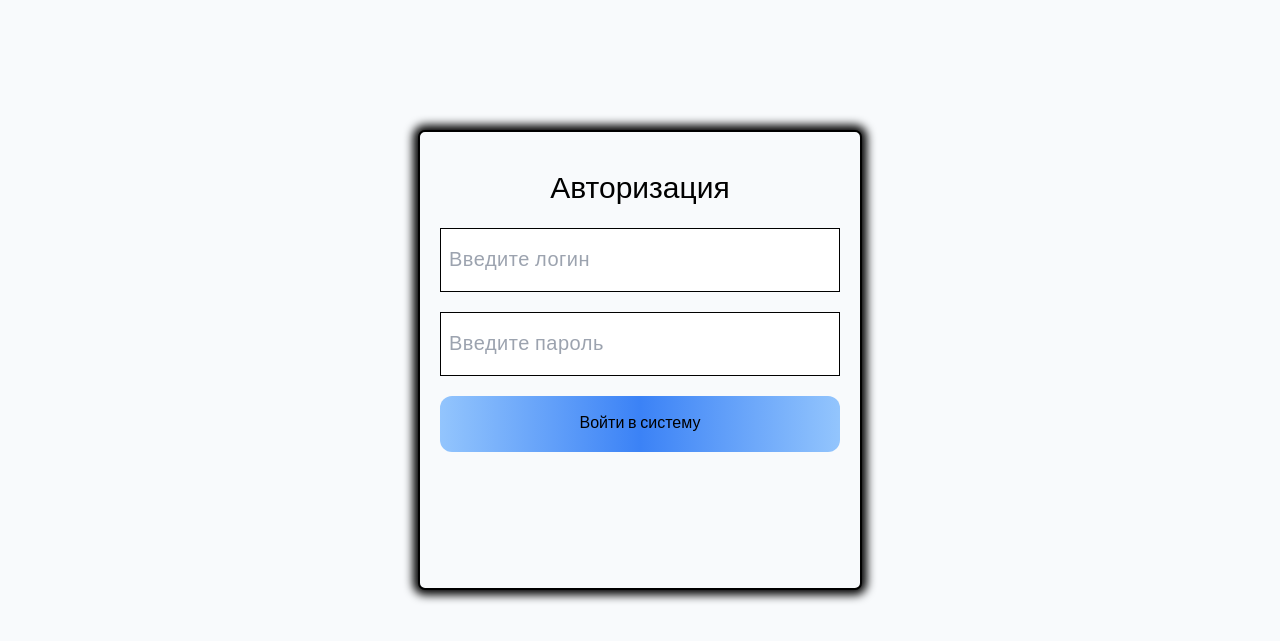
Repository: AlearvickOne/CartridgesApp
Page: /
An editor plug-in stored every save of this project. The page is shown before and after the next save, followed by the edit.
The browser window is 1280 px wide. The pictures show the whole page.
The page's requests for data from a server got no answer. The project was rebuilt for these pictures with package versions that can differ from the ones it lists, and the page was loaded fresh each time. The framework's server and built-in components were replaced by stand-ins that run in the browser. No one was signed in, and anything a server would have sent is missing. Also part of the build but not shown: next.config.mjs.

Above is the page before, as saved 2024-04-19 16:01:00.

### src/app/layout.tsx
import type { Metadata } from "next";
import { Catamaran } from "next/font/google";
import "./globals.scss";
import { AuthProvider } from "@/Providers/AuthProvider";
import { QueryProvider } from "@/Providers/QueryProvider";

const catamaran = Catamaran({ subsets: ["latin"], weight: ["100", "200", "400", "900"] });

export const metadata: Metadata = {
  title: "Cartridge App",
  description: "Application cartridge",
};

export default function RootLayout({
  children,
}: Readonly<{
  children: React.ReactNode;
}>) {
  return (
    <html lang="en">
      <body className={catamaran.className}>
        <QueryProvider>
          <AuthProvider>{children}</AuthProvider>
        </QueryProvider>
      </body>
    </html>
  );
}

### src/app/page.tsx
import { redirect } from "next/navigation";
import AuthorizationPage from "../components/AuthorizationPage";
import { auth, signIn } from "./api/auth/configs/auth";
import { FormEventHandler } from "react";
import { SignInError } from "@auth/core/errors";
import { AuthError } from "next-auth";
import { unknown } from "zod";

export default async function Home() {
  const session = await auth();

  const handleSubmit = async (
    login: FormDataEntryValue | null,
    password: FormDataEntryValue | null
  ) => {
    "use server";

    try {
      await signIn("credentials", {
        login: login,
        password: password,
        redirectTo: "/lobby",
      });
    } catch (error) {
      if (error instanceof AuthError) {
        switch (error.type) {
          case "CredentialsSignin":
            return "Неверный логин или пароль";
          default:
            return "Not found error";
        }
      }
      throw error;
    }
  };

  return (
    <div>
      <AuthorizationPage handleSubmit={handleSubmit} />
    </div>
  );
}

### src/Providers/AuthProvider.tsx
"use client";

import { SessionProvider } from "next-auth/react";
import { PropsWithChildren } from "react";

export const AuthProvider = ({ children }: PropsWithChildren) => {
  return <SessionProvider>{children}</SessionProvider>;
};

### src/Providers/QueryProvider.tsx
"use client";

import { QueryClient, QueryClientProvider } from "@tanstack/react-query";
import { PropsWithChildren } from "react";

const queryClient = new QueryClient();

export function QueryProvider({ children }: PropsWithChildren) {
  return <QueryClientProvider client={queryClient}>{children}</QueryClientProvider>;
}

### src/components/AuthorizationPage.tsx
"use client";
import styles from "@/styles/home/Home.module.scss";
import { useSession } from "next-auth/react";
import Image from "next/image";
import { useRouter } from "next/navigation";
import { useEffect, useState } from "react";
import SyncIcon from "@mui/icons-material/Sync";

interface ISession {
  handleSubmit: (login: FormDataEntryValue | null, password: FormDataEntryValue | null) => void;
}

function AuthorizationPage({ handleSubmit }: ISession) {
  const [isClick, setIsClick] = useState<boolean>(false);
  const [errorMessage, setErrorMessage] = useState<string | unknown>("");

  const session = useSession();
  console.log(isClick);

  return (
    <main className={styles.authContainer}>
      <div className={styles.authForm_wrapper}>
        <h1 className="mb-5 text-center text-xl">Авторизация</h1>
        <form
          action={async (formData) => {
            const res = await handleSubmit(formData.get("login"), formData.get("password"));
            typeof res !== "undefined" ? setIsClick(false) : setIsClick(true);
            setErrorMessage(res);
          }}
          className={styles.authForm}
        >
          <input type="text" name="login" placeholder="Введите логин" />
          <input type="password" name="password" placeholder="Введите пароль" />
          <button type="submit" onClick={() => setIsClick(true)}>
            {isClick ? <SyncIcon className="animate-spin" /> : "Войти в систему"}
          </button>

          {isClick ? (
            <></>
          ) : (
            <p className="mt-5 text-center text-rose-800 text-xl">{errorMessage as string}</p>
          )}
        </form>
      </div>
    </main>
  );
}

export default AuthorizationPage;

### src/app/api/auth/configs/auth.ts
import NextAuth from "next-auth";
import CredentialsProvider from "next-auth/providers/credentials";
import { UsersAuthStore } from "@/stores/usersStore";
import { IUsersAuth } from "@/types/auth.interface";
import { Provider } from "next-auth/providers";
import { signInSchema } from "../utils/zod";
import { ZodError } from "zod";

const providers: Provider[] = [
  CredentialsProvider({
    credentials: {
      login: { label: "text", type: "text" },
    },
    authorize: async (credentials) => {
      try {
        const { login, password } = await signInSchema.parseAsync(credentials);

        await UsersAuthStore.getAuthUsersActon();
        const user = UsersAuthStore.usersAuth.find((person) => {
          if (person?.login === login && person.password === password) return person;
        });

        if (!user) {
          throw Error("user not found");
        }

        return user as IUsersAuth;
      } catch (error) {
        if (error instanceof ZodError) return null;
        return null;
      }
    },
  }),
];

export const configAuth = {
  providers,
  // pages: { signIn: "/" },
  secret: process.env.AUTH_SECRET,
};

export const {
  auth,
  signIn,
  signOut,
  handlers: { GET, POST },
} = NextAuth(configAuth);

### src/styles/home/Home.module.scss
.authContainer {
  @apply flex justify-center items-center h-screen bg-slate-50 transition-all;

  .authForm_wrapper {
    @apply border-[2px] border-black rounded-[7px] py-10 px-5  bg-slate-50   text-black  shadow-upmd shadow-black;

    > h1 {
      @apply text-black text-3xl;
    }

    .authForm {
      @apply flex flex-col min-w-[25rem] min-h-[20rem];

      > input {
        @apply mb-5 px-2 text-xl tracking-wide outline-gray-900 border-[1px] border-black bg-white text-black w-full h-16;
      }

      > button {
        @apply p-2 rounded-xl hover:text-violet-200 text-black h-14 bg-gradient-to-r from-blue-300 via-blue-500 to-blue-300;
      }
    }
  }
}

### src/stores/usersStore.tsx
import { IUsersAuth } from "@/types/auth.interface";
import { RequiresClass } from "../services/requires.class";

import { observable, action, makeObservable } from "mobx";

class UsersStore {
  usersAuth: IUsersAuth[] = [];

  constructor() {
    makeObservable(this, {
      usersAuth: observable,
      getAuthUsersActon: action,
    });
  }

  getAuthUsersActon = async () => {
    try {
      const res = await RequiresClass.getUserAuthInfo();
      this.usersAuth = res.data;
    } catch (err) {
      console.warn(err);
    }
  };
}

export const UsersAuthStore = new UsersStore();

### src/app/api/auth/utils/zod.ts
import { object, string } from "zod";

export const signInSchema = object({
  login: string({ required_error: "login is required" })
    .min(1, "login is required")
    .max(20, "Длина логина должна составлять не более 20 символов"),
  password: string({ required_error: "Password is required" })
    .min(1, "Пароль должен быть больше")
    .max(20, "Пароль не должен быть больше 20 символов"),
});

### src/services/requires.class.ts
import { IUsersAuth } from "@/types/auth.interface";
import axios from "axios";

class Requires {
  private URL = "https://661e51d298427bbbef042f3e.mockapi.io/";

  async getUserAuthInfo() {
    return await axios.get<IUsersAuth[]>(`${this.URL}users`);
  }
}

export const RequiresClass = new Requires();

### tailwind.config.ts
import type { Config } from "tailwindcss";

const config: Config = {
  content: [
    "./src/pages/**/*.{js,ts,jsx,tsx,mdx}",
    "./src/components/**/*.{js,ts,jsx,tsx,mdx}",
    "./src/app/**/*.{js,ts,jsx,tsx,mdx}",
  ],
  theme: {
    extend: {
      boxShadow: {
        upmd: "0px 0px 10px 5px rgba(0, 0, 0, 0.3)",
      },
      backgroundImage: {
        "gradient-radial": "radial-gradient(var(--tw-gradient-stops))",
        "gradient-conic": "conic-gradient(from 180deg at 50% 50%, var(--tw-gradient-stops))",
      },
    },
  },
  plugins: [],
};
export default config;

Loaded but not shown: src/app/globals.scss (common file)

After the next save:
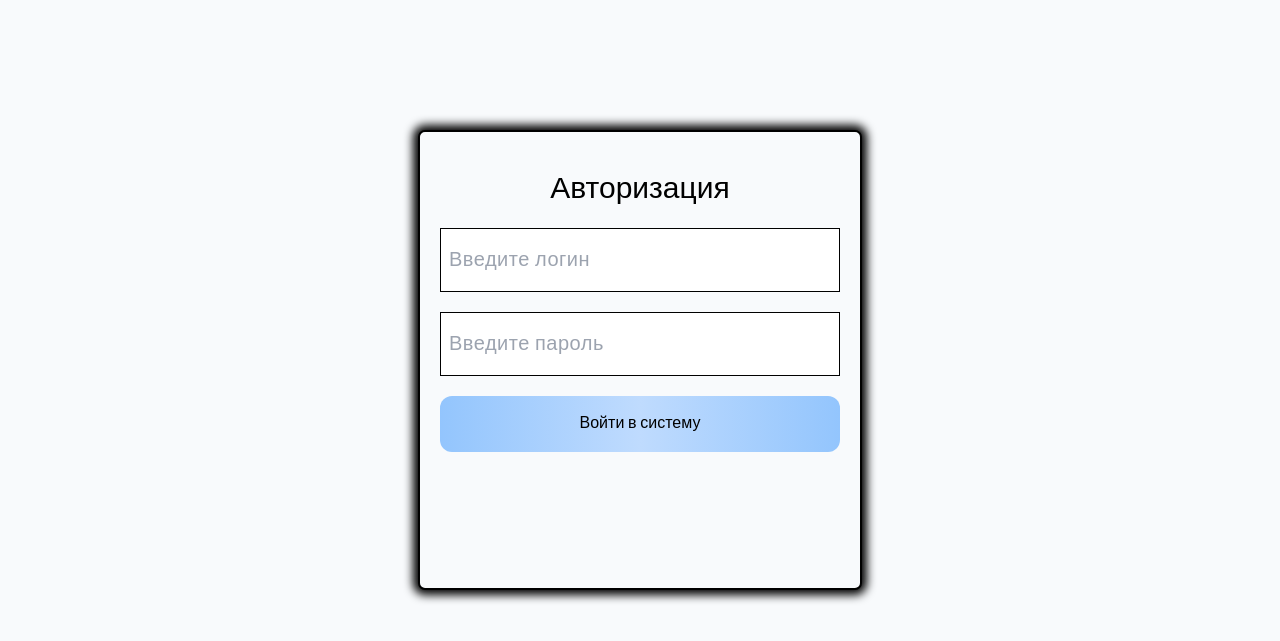
Saved 8 s later.
--- a/src/styles/home/Home.module.scss
+++ b/src/styles/home/Home.module.scss
@@ -16,7 +16,7 @@
       }
 
       > button {
-        @apply p-2 rounded-xl hover:text-violet-200 text-black h-14 bg-gradient-to-r from-blue-300 via-blue-500 to-blue-300;
+        @apply p-2 rounded-xl hover:text-violet-200 text-black h-14 bg-gradient-to-r from-blue-300 via-blue-200 to-blue-300;
       }
     }
   }
